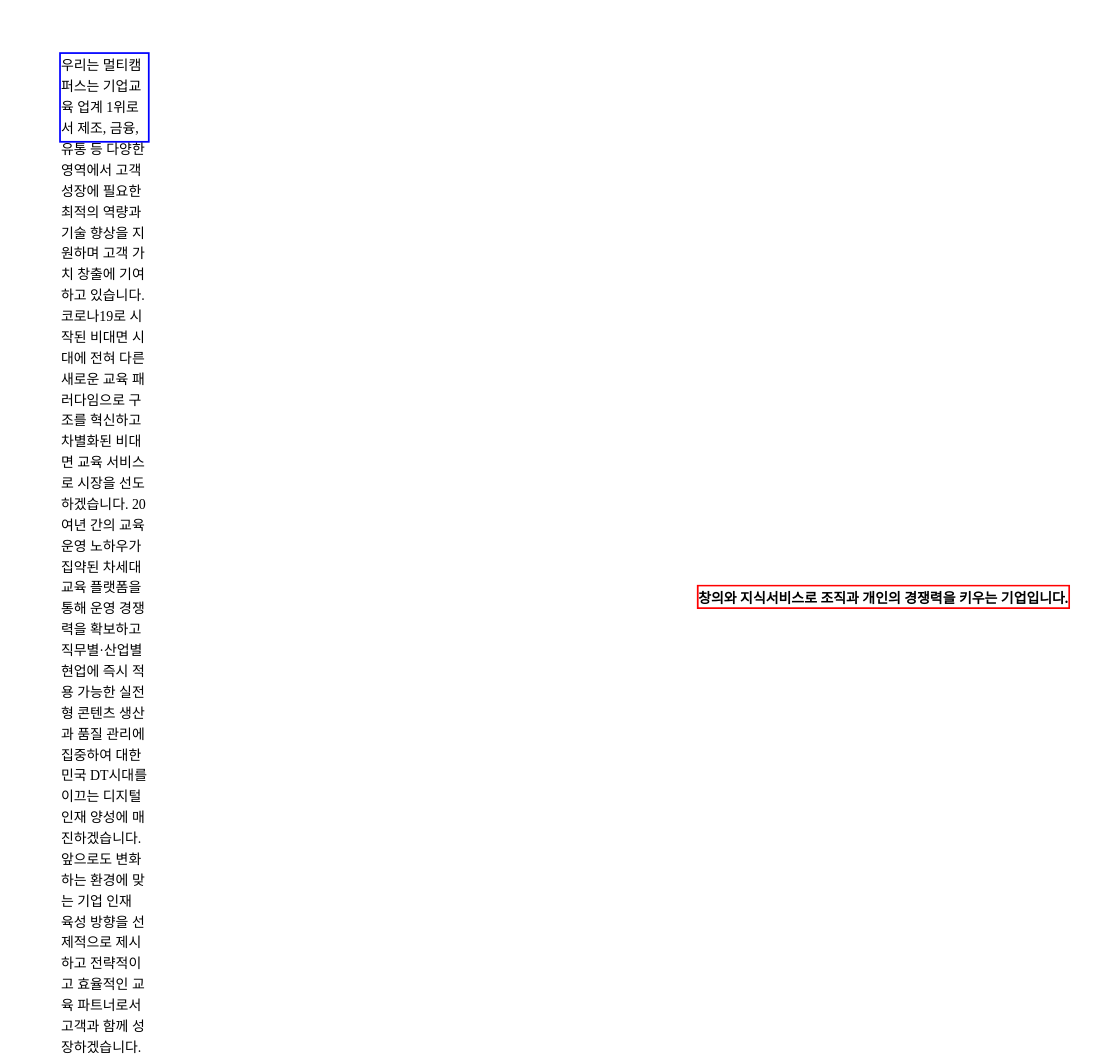
Repository: Pang-Ho/TIL
Page: JavaScript/workspace_web/csstest/WebContent/overflow.html
The author's editor kept a copy of each file at every save. The page is drawn from the files as they stood at one save, then again after the next save.
The browser window is 1280 px wide. The pictures show the whole page, at 87% of full size.

Above is the page before, as saved 2021-08-23 01:43:11.

### JavaScript/workspace_web/csstest/WebContent/overflow.html
<!DOCTYPE html>
<head>
  <meta charset="UTF-8">
  <title>Document</title>
  <style type="text/css">
  .content{
  border : 2px solid blue;
  width : 100px;
  height: 100px;
  margin : 40px;
  /* position : static; */
  position : relative;
  top :20px;
  left:20px;
  }
  b{
  	border : 2px solid red;
  	position: fixed;
  	bottom : 20px;
  	right : 50px;
  	z-index: 80;
  }


  </style>
</head>
<body>
    <div class="content">

      <div class="text">
        <b>창의와 지식서비스로 조직과 개인의 경쟁력을 키우는 기업입니다.</b>
        우리는 멀티캠퍼스는 기업교육 업계 1위로서 제조, 금융, 유통 등 다양한 영역에서 고객 성장에 필요한 최적의 역량과 기술 향상을 지원하며 고객 가치 창출에 기여하고 있습니다.
	코로나19로 시작된 비대면 시대에 전혀 다른 새로운 교육 패러다임으로 구조를 혁신하고 차별화된 비대면 교육 서비스로 시장을 선도하겠습니다.
	20여년 간의 교육운영 노하우가 집약된 차세대 교육 플랫폼을 통해 운영 경쟁력을 확보하고 직무별·산업별 현업에 즉시 적용 가능한 실전형 콘텐츠 생산과 품질 관리에 집중하여 대한민국 DT시대를 이끄는 디지털 인재 양성에 매진하겠습니다.
	앞으로도 변화하는 환경에 맞는 기업 인재 육성 방향을 선제적으로 제시하고 전략적이고 효율적인 교육 파트너로서 고객과 함께 성장하겠습니다.
      </div>
    </div>
    <div class="box"></div>
    <div class="box"></div>
    <div class="box"></div>
</body>
</html>

After the next save:
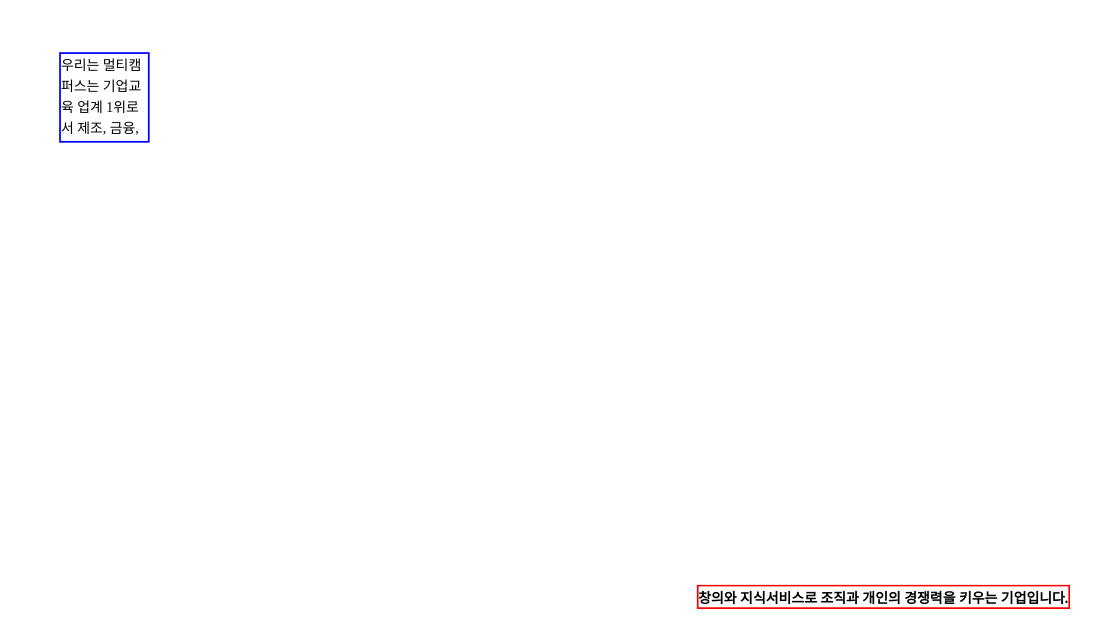
Saved 50 s later.
--- a/JavaScript/workspace_web/csstest/WebContent/overflow.html
+++ b/JavaScript/workspace_web/csstest/WebContent/overflow.html
@@ -7,8 +7,8 @@
   border : 2px solid blue;
   width : 100px;
   height: 100px;
+  overflow: hidden;
   margin : 40px;
-  /* position : static; */
   position : relative;
   top :20px;
   left:20px;
